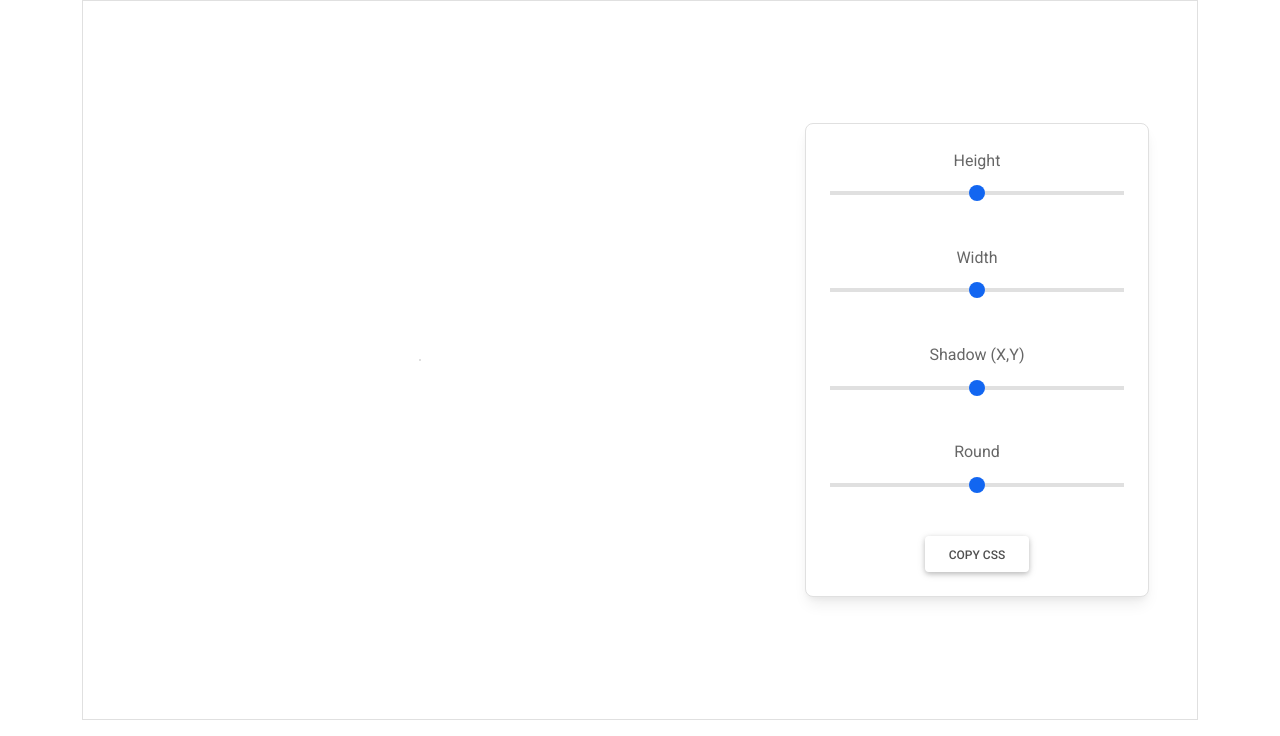
Repository: USaditya98/card-generator
Page: index.html
These files come from the project's save history. The page is drawn as it stood at one moment and after a run of saves; the edit follows.
The browser window is 1280 px wide. The pictures show the whole page.
After loading, the first visible `#cssBtn` was clicked once.

Above is the page before, as saved 2021-10-20 13:12:13.
Console error: ReferenceError: boxShadow is not defined

After the next 3 saves:
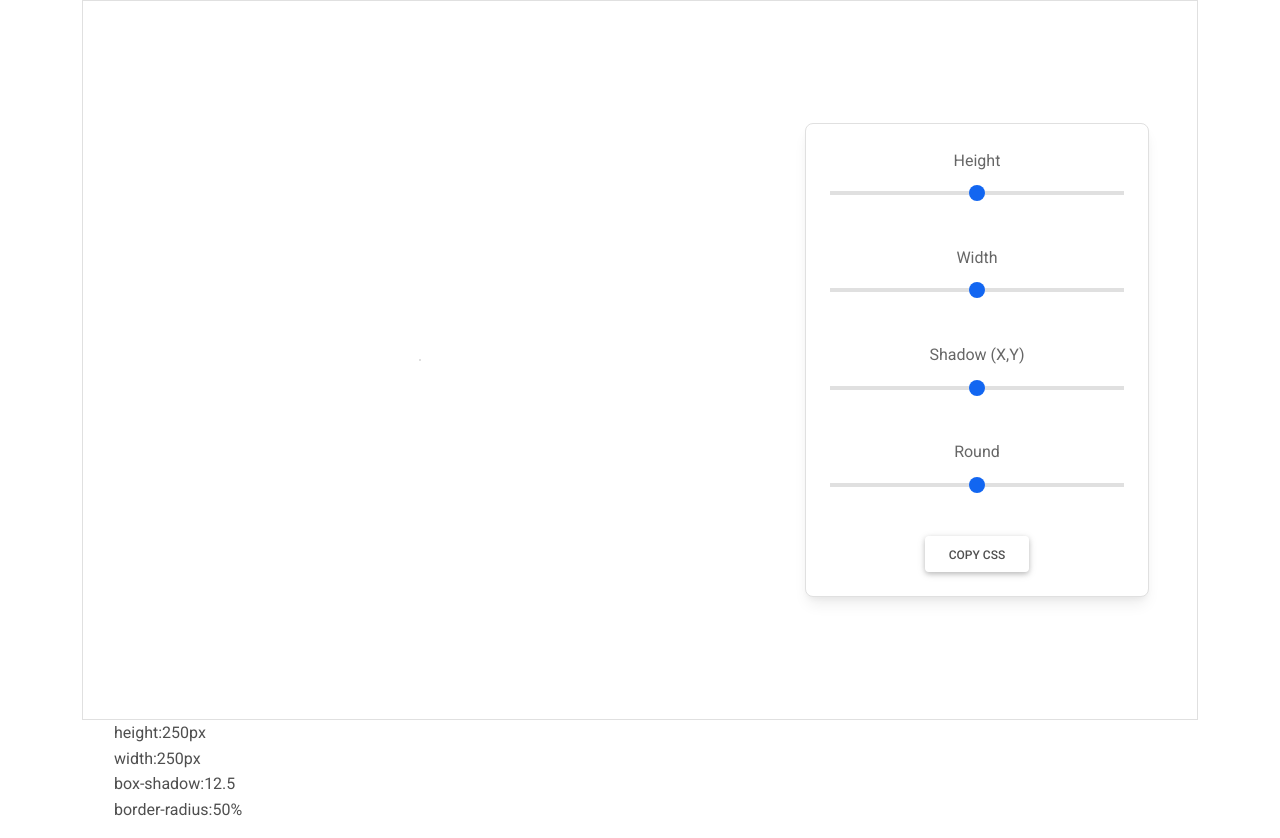
The error is gone.
The 3 saves are shown as one change because they came seconds apart.
The last was saved 15 s later.
--- a/index.html
+++ b/index.html
@@ -90,7 +90,7 @@
         function generateCss(){
           var height = document.getElementById('height').value;
           var width = document.getElementById('width').value;
-          var boxShadowX = document.getElementById('shadow').value;
+          var boxShadow = document.getElementById('shadow').value;
           var boxShadowColor = 'lightgray';
           var borderRadius = document.getElementById('radius').value;
          // var li = document.createElement("li");
